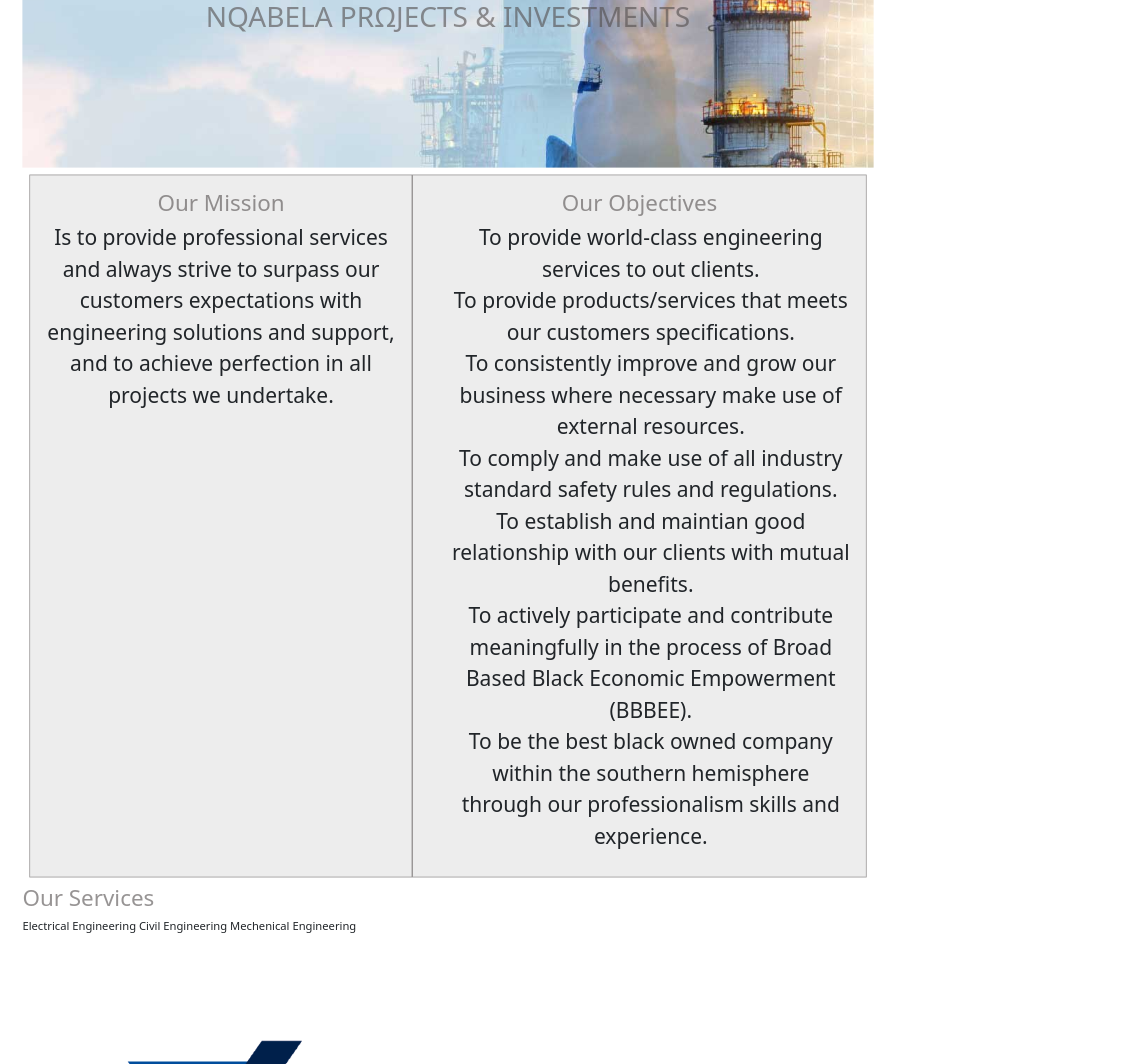
Repository: mnqobiMenzi/Nqabela
Page: index.html
The author's editor kept a copy of each file at every save. The page is drawn from the files as they stood at one save, then again after the next save.
The browser window is 1280 px wide. The page is 1280 px wide, then 1632 px, then 1280 px, so the pictures cover 1632 px, including what lies to the right of the window. The pictures show the part of the page from y = 368 to 1888 px (the page is 3090 px tall before and 2910 px after), at 70% of full size.

Above is the page before, as saved 2024-01-30 20:33:02.

After the next save:
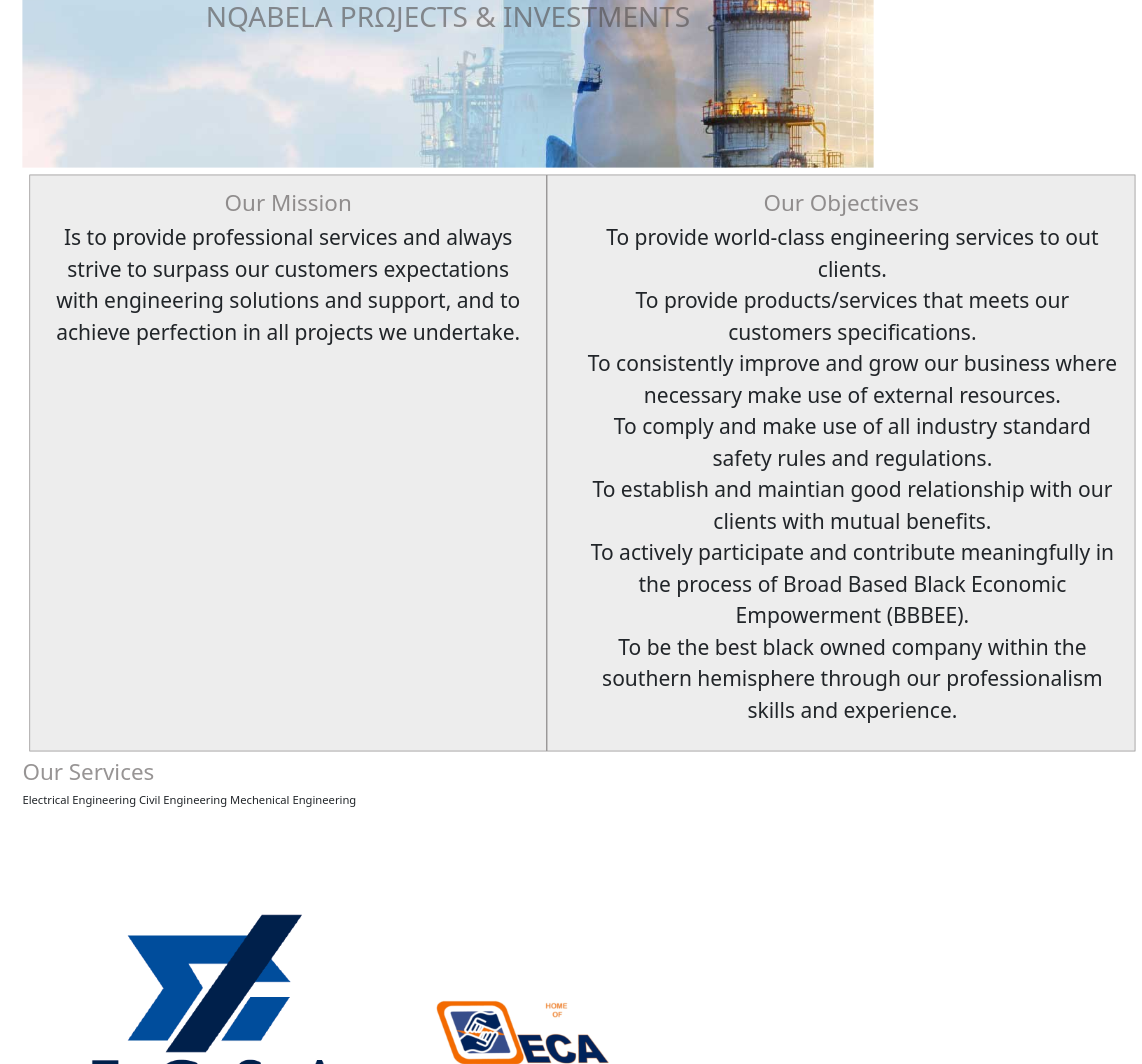
Saved 14 s later.
--- a/style/style.css
+++ b/style/style.css
@@ -90,7 +90,7 @@
   display: grid;
   grid-template-columns: auto auto;
   padding: 10px;
-  width: 100%;
+  width: 100em;
 }
 
 .grid-item {

After the 2 saves that followed:
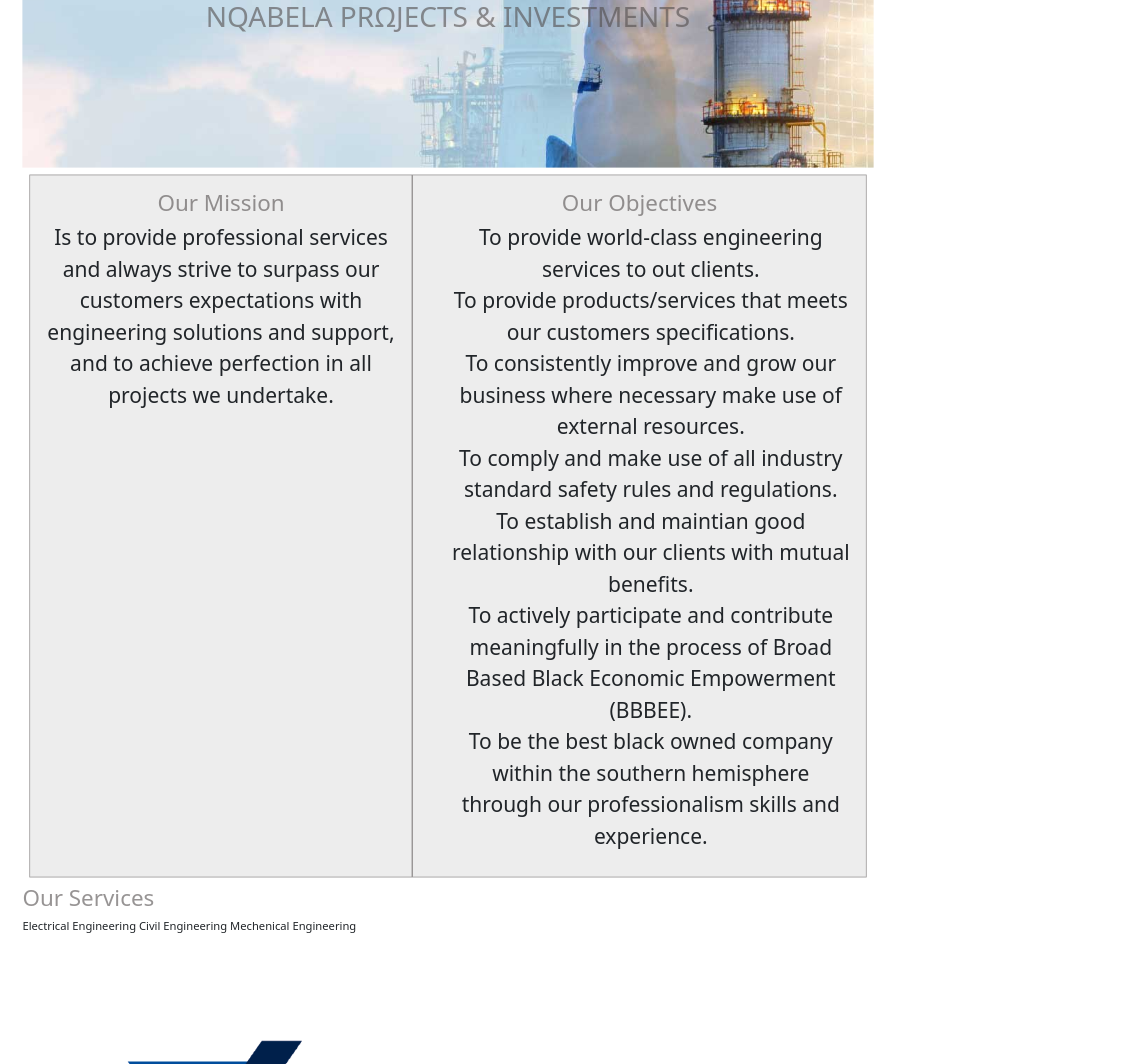
The 2 saves are shown as one change because they came seconds apart.
The last was saved 16 s later.
--- a/style/style.css
+++ b/style/style.css
@@ -90,7 +90,6 @@
   display: grid;
   grid-template-columns: auto auto;
   padding: 10px;
-  width: 100em;
 }
 
 .grid-item {
